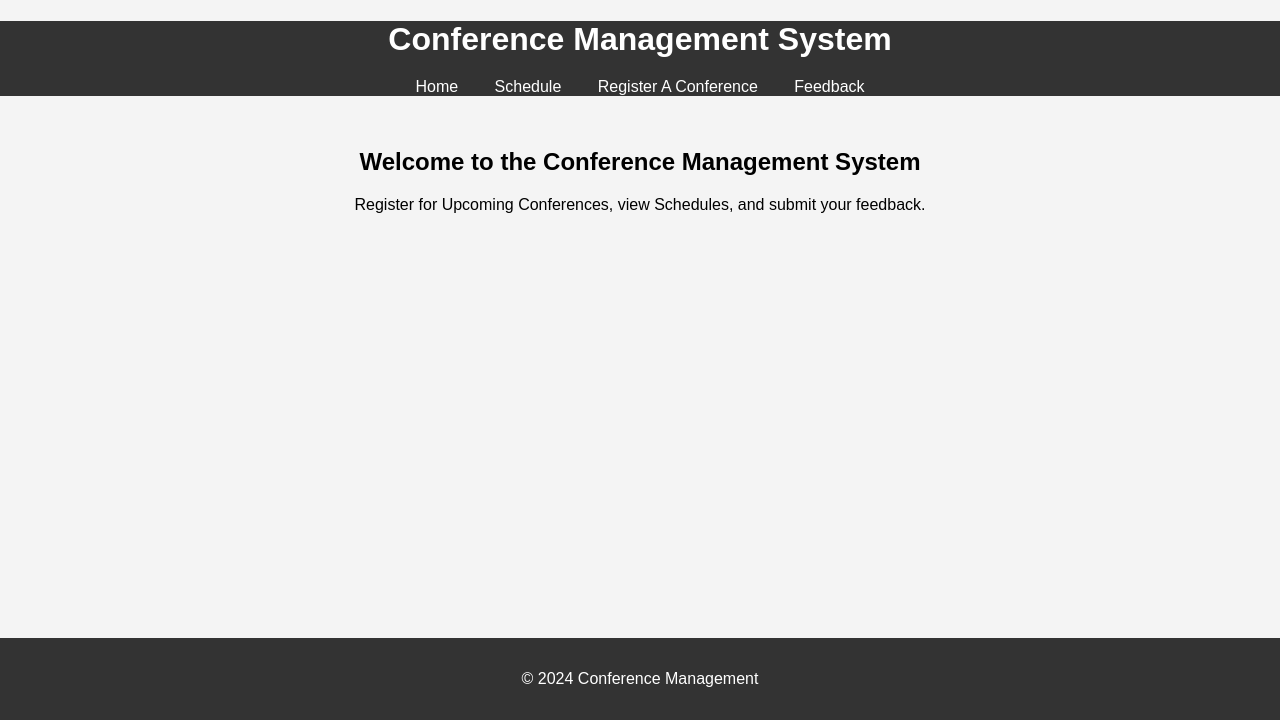
Repository: AMIT1439027/conferenceapp
Page: http://localhost/
The author's editor kept a copy of each file at every save. The page is drawn from the files as they stood at one save, then again after the next save.
The browser window is 1280 px wide. The pictures show the whole page.
The page is run by PHP 8.4 with error messages shown; the project is at /var/www/html/.

Above is the page before, as saved 2024-05-29 14:40:21.

### index.php
<!DOCTYPE html>
<html lang="en">
<head>
    <meta charset="UTF-8">
    <meta name="viewport" content="width=device-width, initial-scale=1.0">
    <title>conference management system</title>
    <link rel="stylesheet" href="styles.css">
</head>
<body>
<header>
    <h1>Conference Management System</h1>

    <nav>
        <a href="index.php">Home</a>
        <a href="Schedule.php">Schedule </a>
        <a href="register.php">Register A Conference</a>
        <a href="feedback.php">Feedback</a>
        <!-- <a href="admin.php">Admin</a> -->
    </nav>
</header>

 <main>
    <h2>Welcome to the Conference Management System</h2>
    <p>Register for Upcoming Conferences, view Schedules, and  submit your feedback.</p>
 </main>

 <footer>
    <p>&copy; 2024 Conference Management</p>
 </footer>

</body>
</html>

### styles.css

body {
    font-family: Arial, sans-serif;
    background-color: #f4f4f4;
    margin: 0;
    padding: 0;
}
header{
    background-color: #333333;
    color: #fff;
    padding: 1 em 0;
    text-align: center;

}

nav a{
    color: #fff;
    margin: 0 1rem;
    text-decoration: none;
}

main{
    padding: 2em;
    text-align: center;
}

footer{
    background-color: #333;
    color:#fff;
    padding: 1em 0;
    text-align: center;
    position: fixed;
    bottom: 0;
    width: 100%;
}



.container {
    width: 80%;
    margin: 0 auto;
    padding: 20px;
    background-color: #fff;
    box-shadow: 0 0 10px rgba(0, 0, 0, 0.1);
}

h1 {
    text-align: center;
    margin-bottom: 20px;
}

.table {
    width: 100%;
    margin-bottom: 20px;
    border-collapse: collapse;
}

.table th, .table td {
    border: 1px solid #ddd;
    padding: 8px;
}

.table th {
    background-color: #f2f2f2;
    text-align: left;
}

.food-item {
    border: 1px solid #ddd;
    padding: 10px;
    margin-bottom: 20px;
    text-align: center;
}

.food-item img {
    max-width: 100%;
    height: auto;
}

.form-group {
    margin-bottom: 15px;
}

.form-group label {
    display: block;
    margin-bottom: 5px;
}

.form-group input, .form-group textarea, .form-group select {
    width: 100%;
    padding: 8px;
    box-sizing: border-box;
}

.btn {
    display: inline-block;
    padding: 10px 15px;
    color: #fff;
    background-color: #007BFF;
    text-decoration: none;
    border-radius: 4px;
    margin-right: 10px;
    transition: background-color 0.3s;
}

.btn:hover {
    background-color: #0056b3;
}

.form-container {
    max-width: 400px;
    margin: 0 auto;
    padding: 20px;
    background-color: #fff;
    box-shadow: 0 0 10px rgba(0, 0, 0, 0.1);
}

form {
    display: flex;
    flex-direction: column;
}

button {
    padding: 10px 15px;
    color: #fff;
    background-color: #007BFF;
    border: none;
    cursor: pointer;
    border-radius: 4px;
    transition: background-color 0.3s;
}

button:hover {
    background-color: #0056b3;
}

input[type="number"] {
    width: 50px;
}

After the next save:
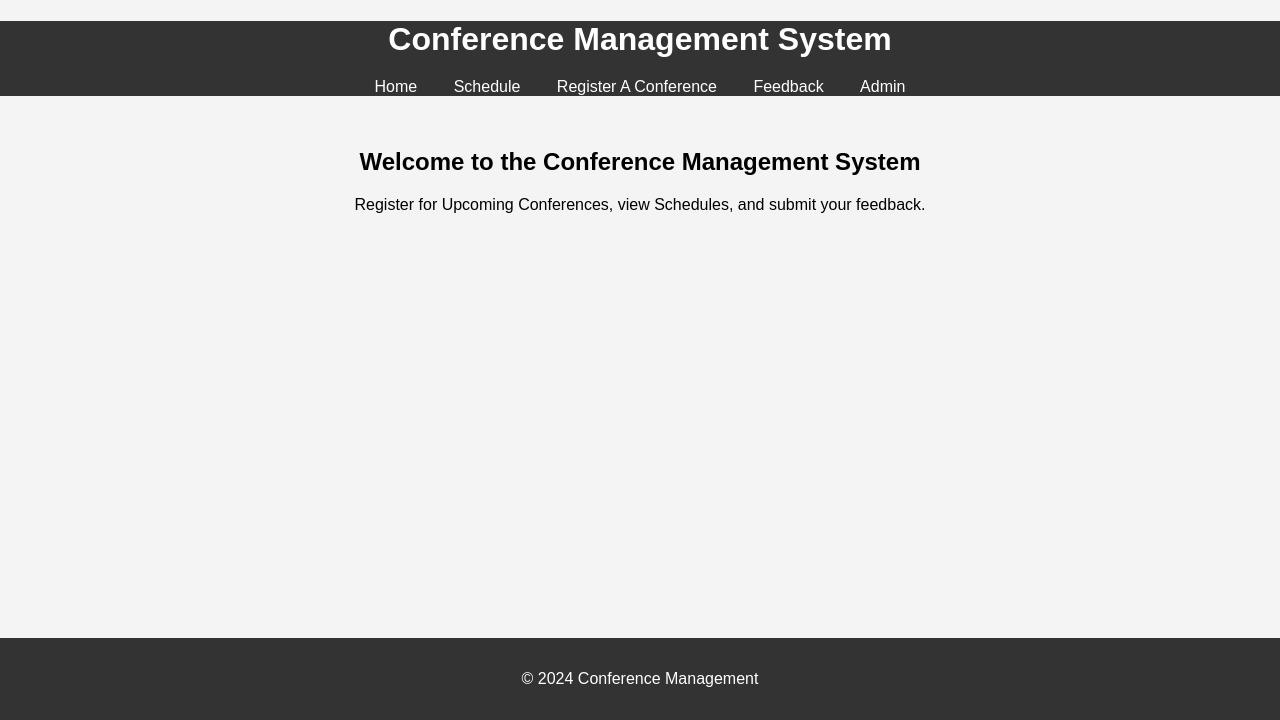
Saved 13 s later.
--- a/index.php
+++ b/index.php
@@ -15,7 +15,7 @@
         <a href="Schedule.php">Schedule </a>
         <a href="register.php">Register A Conference</a>
         <a href="feedback.php">Feedback</a>
-        <!-- <a href="admin.php">Admin</a> -->
+        <a href="admin.php">Admin</a>
     </nav>
 </header>
 
